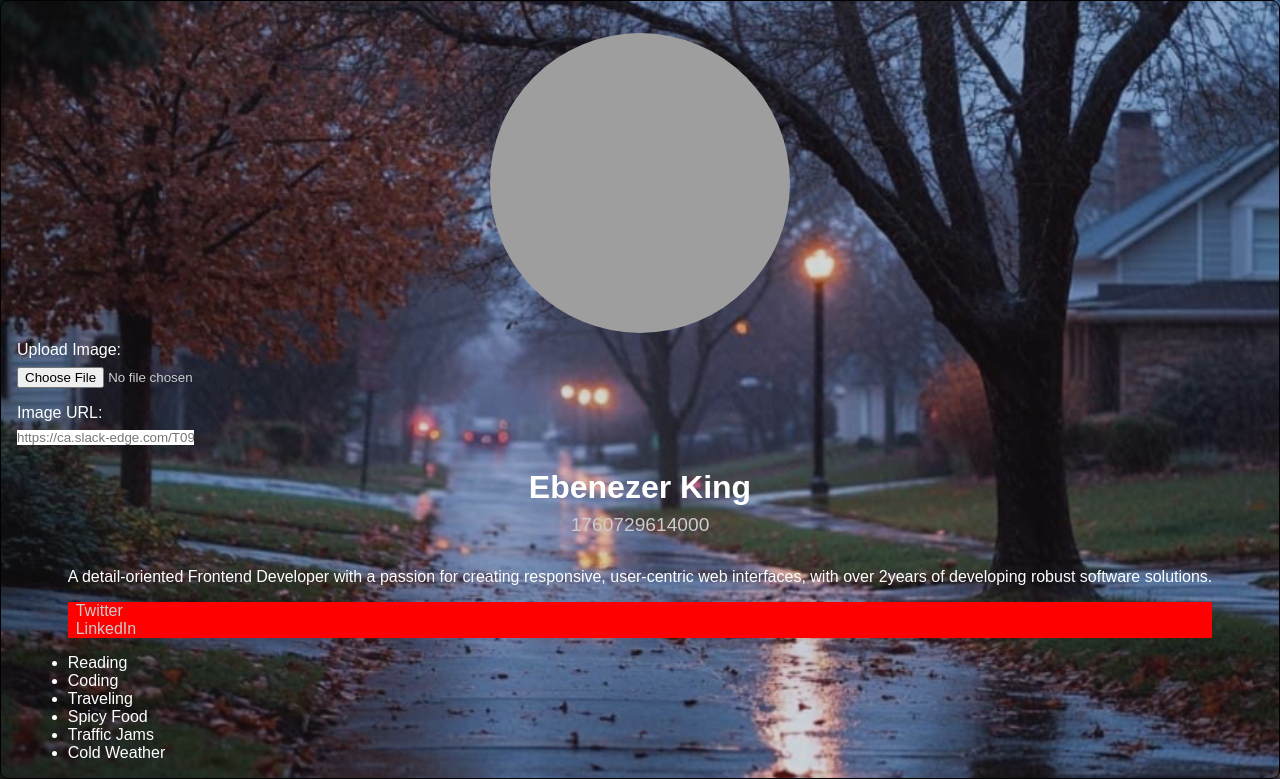
Repository: ebenezertiewei/profileCard
Page: index.html
These files come from the project's save history. The page is drawn as it stood at one moment and after the next save; the edit follows.
The browser window is 1280 px wide. The pictures show the whole page.
Pictures or frames that could not be fetched are drawn as grey boxes.

Above is the page before, as saved 2025-10-17 23:02:47.

After the next save:
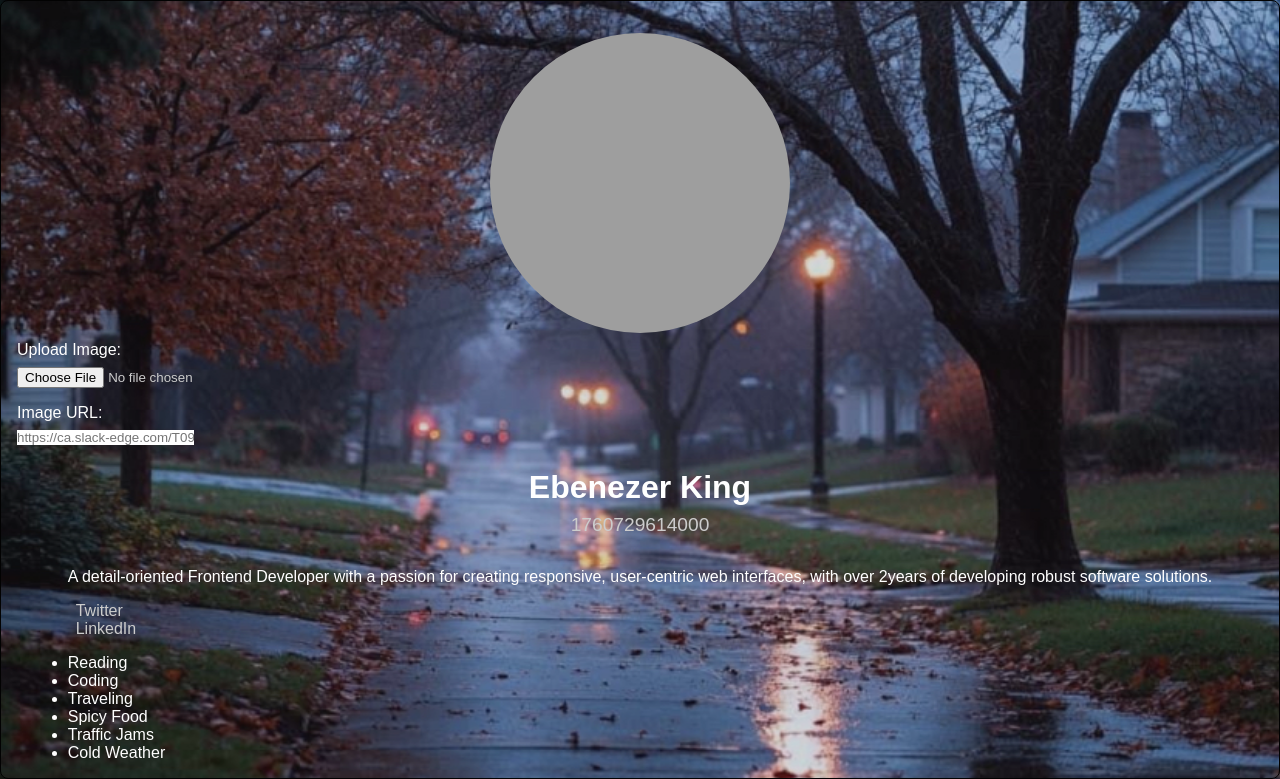
Saved 6 s later.
--- a/style.css
+++ b/style.css
@@ -106,7 +106,7 @@ article[data-testid="test-profile-card"] {
 	flex-direction: column;
 	justify-content: center;
 	margin-bottom: 1rem;
-	background-color: red;
+	/* background-color: red; */
 }
 #profileDetails nav[data-testid="test-user-social-links"] ul {
 	list-style: none;
